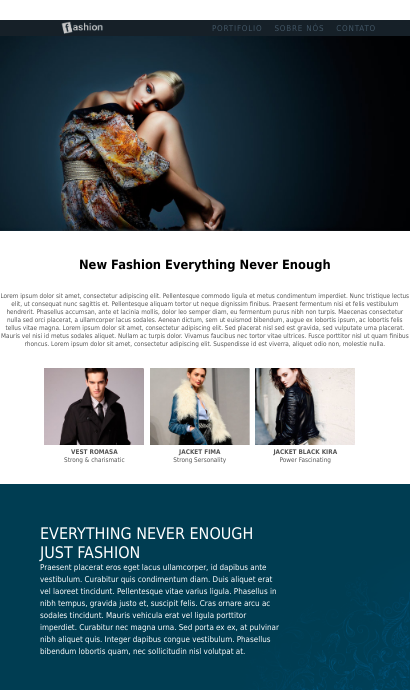
Repository: ryanwilll/LayoutSimplesSite
Page: index.html
These files come from the project's save history. The page is drawn as it stood at one moment and after a run of saves; the edit follows.
The browser window is 375 px wide. The page is 410 px wide, then 379 px, so the pictures cover 410 px, including what lies to the right of the window. The pictures show the part of the page from y = 0 to 690 px (the page is 1001 px tall before and 912 px after).
Pictures or frames that could not be fetched are drawn as grey boxes.

Above is the page before, as saved 2022-10-30 00:24:13.

### index.html
<!DOCTYPE html>
<html lang="ptr-br">

<head>
    <meta charset="UTF-8">
    <meta http-equiv="X-UA-Compatible" content="IE=edge">
    <meta name="viewport" content="width=device-width, initial-scale=1.0" />
    <link rel="stylesheet" href="./css/reset.css">
    <link rel="stylesheet" href="./css/style.css">
    <link rel="icon" type="imagem/png" sizes="32x32" href="./imagens/brand-shopee.svg" />


    <title>Projeto Fashion</title>
</head>

<body>
    <main>
        <div class="container">
            <header class="cabecalho">
                <ul class="all-list">
                    <li class="lista-portifolio"><a href="https://ryanwilll.github.io/MiniPortifolio/"
                            target="_blank">Portifolio</a>
                    </li>
                    <li clas="lista-sobre"><a href="#sobre-nos">Sobre Nós</a></li>
                    <li class="lista-contato"><a href="#contato">Contato</a></li>
                </ul>
                <img class="imagem-logo" src="./imagens/logo.png" alt="Imagem Logo">
            </header>
            <img class="imagem-principal" src="./imagens/topo.jpg" alt="Imagem Topo">

            <div class="container-2">
                <h1 class="titulo-1">New Fashion Everything Never Enough</h1>
                <p class="p-1">Lorem ipsum dolor sit amet, consectetur adipiscing elit. Pellentesque commodo ligula et
                    metus condimentum
                    imperdiet. Nunc tristique lectus elit, ut consequat nunc sagittis et. Pellentesque aliquam tortor ut
                    neque dignissim finibus. Praesent fermentum nisi et felis vestibulum hendrerit. Phasellus accumsan,
                    ante
                    et lacinia mollis, dolor leo semper diam, eu fermentum purus nibh non turpis. Maecenas consectetur
                    nulla
                    sed orci placerat, a ullamcorper lacus sodales. Aenean dictum, sem ut euismod bibendum, augue ex
                    lobortis ipsum, ac lobortis felis tellus vitae magna. Lorem ipsum dolor sit amet, consectetur
                    adipiscing
                    elit. Sed placerat nisl sed est gravida, sed vulputate urna placerat. Mauris vel nisi id metus
                    sodales
                    aliquet. Nullam ac turpis dolor. Vivamus faucibus nec tortor vitae ultrices. Fusce porttitor nisl ut
                    quam finibus rhoncus. Lorem ipsum dolor sit amet, consectetur adipiscing elit. Suspendisse id est
                    viverra, aliquet odio non, molestie nulla.
                </p>
                <section class="imagens-modelos">
                    <article class="galeria-card">
                        <img class="modelo-01-img" src="./imagens/modelo1.jpg" alt="Modelo 01">
                        <p class="titulo_img">Vest Romasa</p>
                        <p class="paragrafo_img">Strong & charismatic</p>
                    </article>
                    <article class="galeria-card">
                        <img class="modelo-02-img" src="./imagens/modelo2.jpg" alt="Modelo 02">
                        <p class="titulo_img">Jacket Fima</p>
                        <p class="paragrafo_img">Strong Sersonality</p>
                    </article>
                    <article class="galeria-card">
                        <img class="modelo-03-img" src="./imagens/modelo3.jpg" alt="Modelo 03">
                        <p class="titulo_img">Jacket Black Kira</p>
                        <p class="paragrafo_img">Power Fascinating</p>
                    </article>
                </section>
            </div>
            <div id="sobre-nos" class="container-3">
                <p class="titulo-3">Everything Never Enough <br>Just Fashion</p>
                <p class="paragrafo-3">Praesent placerat eros eget lacus ullamcorper, id dapibus ante vestibulum.
                    Curabitur quis condimentum
                    diam. Duis aliquet erat vel laoreet tincidunt. Pellentesque vitae varius ligula. Phasellus in nibh
                    tempus, gravida justo et, suscipit felis. Cras ornare arcu ac sodales tincidunt. Mauris vehicula
                    erat
                    vel ligula porttitor imperdiet. Curabitur nec magna urna. Sed porta ex ex, at pulvinar nibh aliquet
                    quis. Integer dapibus congue vestibulum. Phasellus bibendum lobortis quam, nec sollicitudin nisl
                    volutpat at.
                </p>
            </div>

            <div class="contato" id="contato">
                <address>Call me now for design<br>012-1234-4567</address>
            </div>

            <div class="maps">
                <iframe class="mapa"
                    src="https://www.google.com/maps/embed?pb=!1m18!1m12!1m3!1d28060.99318022193!2d-52.81692025!3d-28.46074435!2m3!1f0!2f0!3f0!3m2!1i1024!2i768!4f13.1!3m3!1m2!1s0x94fd493c92d28c8f%3A0x6ff21ca741cec0c8!2sN%C3%A3o-Me-Toque%2C%20RS%2C%2099470-000!5e0!3m2!1spt-BR!2sbr!4v1666194709702!5m2!1spt-BR!2sbr"
                    width="600" height="450" style="border:0;" allowfullscreen="" loading="lazy"
                    referrerpolicy="no-referrer-when-downgrade">
                </iframe>
            </div>
        </div>
        <footer class="rodape">
            <h1>Copyright &copy; fastfashion.com</h1>
        </footer>
    </main>
</body>

</html>

### css/reset.css
* {
  margin: 0;
  padding: 0;
  box-sizing: border-box;
}

ul {
  list-style: none;
}

a {
  color: #000;
  text-decoration: none;
}

### css/style.css
html {
  scroll-behavior: smooth;
}

body {
  font-family: tahoma, arial, sans-serif;
  margin: 0;
  padding: 0;
}

.container {
  width: 64rem;
  margin: auto;
}

.cabecalho {
  background-color: #162028;
  width: 64rem;
  height: 2.5rem;
  margin-top: 3.12rem;
  position: relative;
}
.cabecalho .imagem-logo {
  position: absolute;
  top: 0.12rem;
  left: 9.37rem;
}

.cabecalho .all-list {
  box-sizing: border-box;
  list-style-type: none;
  display: flex;
  flex-direction: row;
  margin-left: 31.25rem;
  padding-top: 0.62rem;
}

.all-list a {
  text-transform: uppercase;
  font-size: 20px;
  margin-left: 1.87rem;
  color: #425564;
  text-decoration: none;
  letter-spacing: 2px;
}

a:hover {
  color: white;
  transition: ease-in-out 0.8s;
}

.container-2 .titulo-1 {
  margin-top: 3.75rem;
  text-align: center;
}

.container-2 .p-1 {
  width: 64rem;
  margin: auto;
  margin-top: 3.12rem;
  text-align: center;
  color: #555;
}

.container-2 .imagens-modelos {
  color: #555;
  padding: 0 6.25rem 3.12rem 6.25rem;
  overflow: auto;
}

.container-2 .galeria-card {
  margin-top: 3.12rem;
  width: 32%;
  float: left;
  text-align: center;
  padding-left: 0.5rem;
}

.container-2 .galeria-card .titulo_img {
  margin-top: 0.125rem;
  margin-bottom: 0px;
  text-transform: uppercase;
  font-weight: bold;
}
.container-2 .galeria-card .paragrafo_img {
  margin-top: 0.125rem;
}

.container-3 {
  background-color: #003d52;
  background-image: url(../imagens/bg_detalhe.png);
  background-repeat: no-repeat;
  background-position: right bottom;
  padding: 6.25rem;
}
.container-3 .titulo-3 {
  color: white;
  text-transform: uppercase;
  font-size: 40px;
}

.container-3 .paragrafo-3 {
  color: white;
  font-size: 20px;
  line-height: 1.5;
  width: 73%;
}

.container .contato {
  color: #143f52;
  text-transform: uppercase;
  text-align: center;
  font-size: 25px;
  margin-top: 3.12rem;
}

.contato address {
  font-style: normal;
}

.container .mapa {
  margin-top: 3.12rem;
  width: 100%;
  margin-bottom: 3.15rem;
}

.rodape {
  background-color: #0b171f;
  padding: 0.625rem;
  width: 63.125rem;
  margin: auto;
  text-align: center;
  color: white;
  font-size: 12px;
  letter-spacing: 5px;
  margin-bottom: 3.125rem;
}

@media (max-width: 460px) {
  main {
    zoom: 0.4;
  }
}

After the next 4 saves:
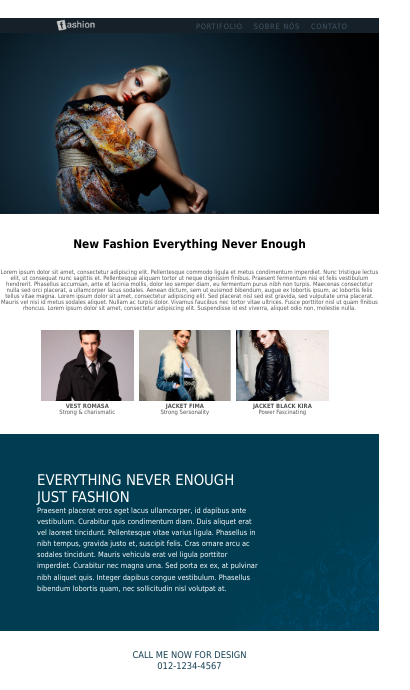
The 4 saves are shown as one change because they came seconds apart.
The last was saved 18 s later.
--- a/css/style.css
+++ b/css/style.css
@@ -138,6 +138,6 @@ a:hover {
 
 @media (max-width: 460px) {
   main {
-    zoom: 0.4;
+    zoom: 0.37;
   }
 }
